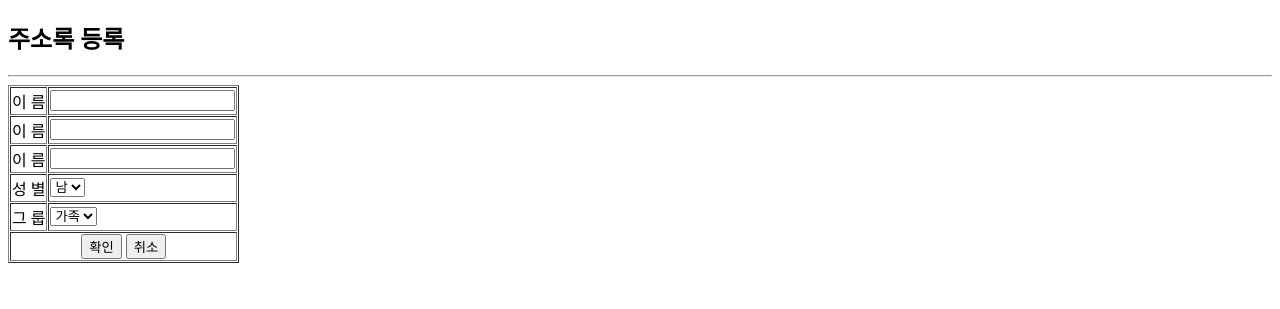
Repository: gyungmean/2020_2_webProgramming
Page: http://localhost/week12/Practice32/addr_form.jsp
An editor plug-in stored every save of this project. The page is shown before and after the next save, followed by the edit.
The browser window is 1280 px wide. The pictures show the whole page.
The page is served by Tomcat 9.

Above is the page before, as saved 2020-11-30 14:17:10.

After the next save:
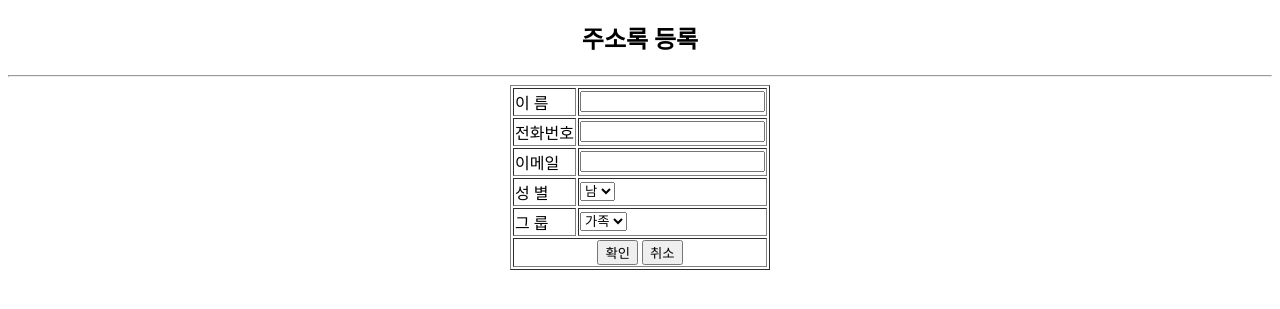
Saved 70 s later.
--- a/week12/week12/WebContent/Practice32/addr_form.jsp
+++ b/week12/week12/WebContent/Practice32/addr_form.jsp
@@ -7,20 +7,21 @@
 <title>주소록</title>
 </head>
 <body>
+<div align="center">
 	<h2>주소록 등록</h2>
 	<hr>
 	<form name="form1" method="post" action="addr_add.jsp">
-	<table border="1" cellspacing="1", cellpaddiong="5">
+	<table border="1">
 	<tr>
 		<td>이 름</td>
 		<td><input type="text" size="20" name="username"></td>
 	</tr>
 	<tr>
-		<td>이 름</td>
+		<td>전화번호</td>
 		<td><input type="text" size="20" name="username"></td>
 	</tr>
 	<tr>
-		<td>이 름</td>
+		<td>이메일</td>
 		<td><input type="text" size="20" name="username"></td>
 	</tr>
 	<tr>
@@ -47,5 +48,6 @@
 	<input type="reset" value="취소"></td></tr>
 	</table>
 	</form>
+</div>
 </body>
 </html>
